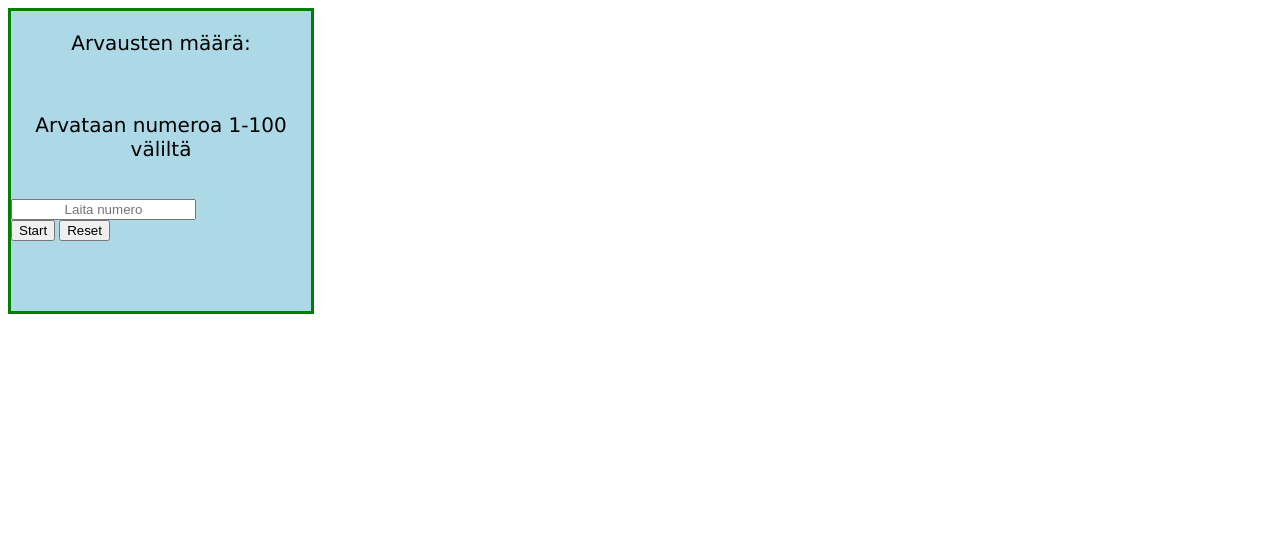
Repository: VadimZubchenko/numeronarvouspeli_JS
Page: public/index.html
The author's editor kept a copy of each file at every save. The page is drawn from the files as they stood at one save, then again after the next save.
The browser window is 1280 px wide. The pictures show the whole page.

Above is the page before, as saved 2022-04-26 07:59:01.

### public/index.html
<!DOCTYPE html>
<html lang="en">
<head>
  <meta charset="UTF-8">
  <meta http-equiv="X-UA-Compatible" content="IE=edge">
  <meta name="viewport" content="width=device-width, initial-scale=1.0">
  <title>Numeroarvouspeli</title>
  <script src="script.js"></script>
  <link rel="stylesheet" href="mystyle.css">
</head>
<body>
  <div>
    <p id="maara" >Arvausten määrä: </p>
    <br>
    <p id="message" value="0"> Arvataan numeroa 1-100 väliltä </p>
    <br>
    <input type="text" id="numero" name="numero" onfocus="this.value='' "placeholder="Laita numero">
    <br>
    <button id="startGame" onclick="startGame()">Start</button>
    <button id="resetGame" onclick="resetGame()">Reset</button>

  </div>
</body>
</html>

### public/script.js
var running = 0;

let lastMin = 0;
let lastMax = 101;
let kpl = 0;

let arvo = Math.floor(Math.random() * 100);
console.log("Arvo :" + arvo);

function startGame() {
  let text = document.getElementById("message");
  text.style.color = "";
  document.body.style.backgroundColor = "";
  let clientArvo = document.getElementById("numero").value;
  //tarkistetaan syöty arvo onko numerollinen. jos on, sitten 'false'
  let checkNaN = isNaN(clientArvo);

  console.log("clientArvo: " + clientArvo);
  console.log("ei ole numero: " + checkNaN);

  if (lastMin < clientArvo && clientArvo < lastMax && !checkNaN) {
    if (clientArvo < arvo) {
      lastMin = clientArvo;
      document.getElementById("message").innerHTML =
        "Valitse luku suurempi kuin: " + clientArvo + ". <br>Yritä uudelleen!";
      kpl++;
    }
    if (clientArvo > arvo) {
      lastMax = clientArvo;
      document.getElementById("message").innerHTML =
        "Valitse luku pienempi kuin: " + clientArvo + ". <br>Yritä uudelleen!";
      kpl++;
    }
    if (clientArvo == arvo) {
      document.getElementById("message").innerHTML =
        "Arvosit oikein! Se oli " + arvo + ".";

      text.style.color = "red";
      document.body.style.backgroundColor = "yellow";
    }
  } else {
    document.getElementById("message").innerHTML =
      "Ups! Jotain meni pielen. <br>Syötä numerollinen arvo, joka suurempi kuin " +
      lastMin +
      " ja pienempi kuin : " +
      lastMax;
    text.style.color = "red";
    document.body.style.backgroundColor = "pink";
  }
  document.getElementById("maara").innerHTML = "Arvausten määrä: " + kpl;
  console.log("min:" + lastMin);
  console.log("max: :" + lastMax);
}

function resetGame() {
  clientArvo = 0;
  arvo = 0;
  lastMin = 0;
  lastMax = 101;
  kpl = 0;
  document.getElementById("numero").value = "";
  document.getElementById("maara").innerHTML = "Arvausten määrä: " + kpl;
  message = document.getElementById("message");
  document.getElementById("message").innerHTML = "Arva numero 1-100 väliltä";
  document.body.style.backgroundColor = "";
  message.style.color = "";
}

### public/mystyle.css



div{
  height: 300px;
  width: 300px;
  position: relative;
  border: 3px solid green;
  background-color: lightblue;
}
input {
  color: black;
  text-align: center;
}

p {
  font-family: verdana;
  font-size: 20px;
  color: black;
  text-align: center;
}

After the next save:
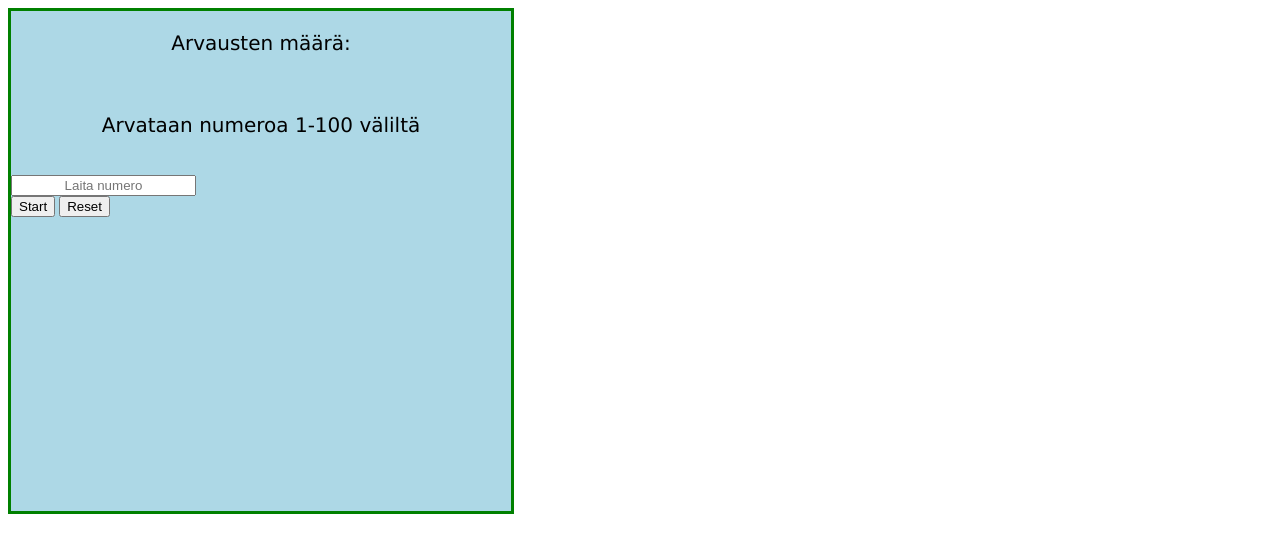
Saved 20 s later.
--- a/public/mystyle.css
+++ b/public/mystyle.css
@@ -2,8 +2,8 @@
 
 
 div{
-  height: 300px;
-  width: 300px;
+  height: 500px;
+  width: 500px;
   position: relative;
   border: 3px solid green;
   background-color: lightblue;
